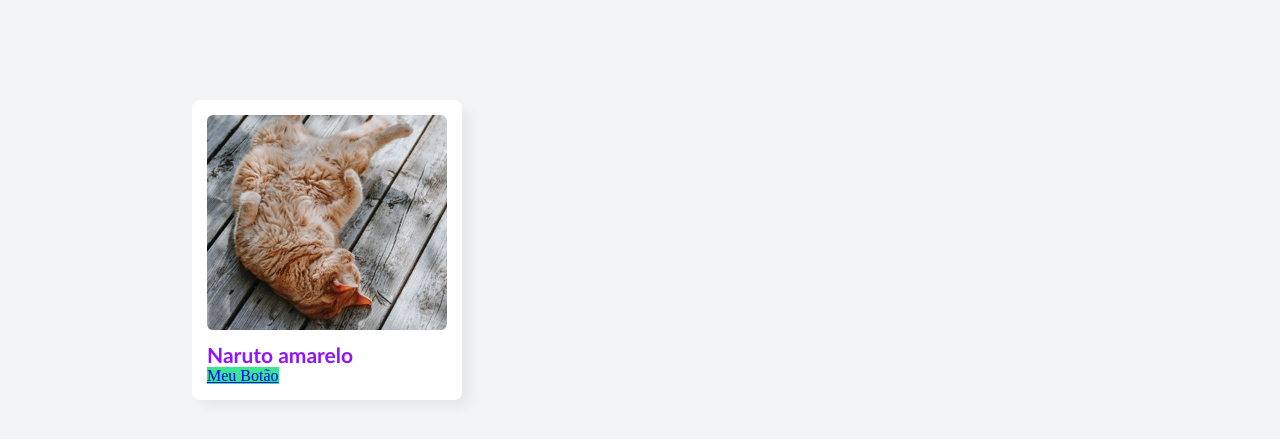
Repository: alessandradiamantino/Curso-Front-End-Design
Page: 1 - Introdução ao HTML e CSS/2 - Exercício CSS/01/codesignerspro-arquivos-exercicio-css-02/codesignerspro-arquivos-exercicio-css-02/index.html
An editor plug-in stored every save of this project. The page is shown before and after a run of saves, followed by the edit.
The browser window is 1280 px wide. The pictures show the whole page.

Above is the page before, as saved 2021-07-28 11:58:04.

After the next 3 saves:
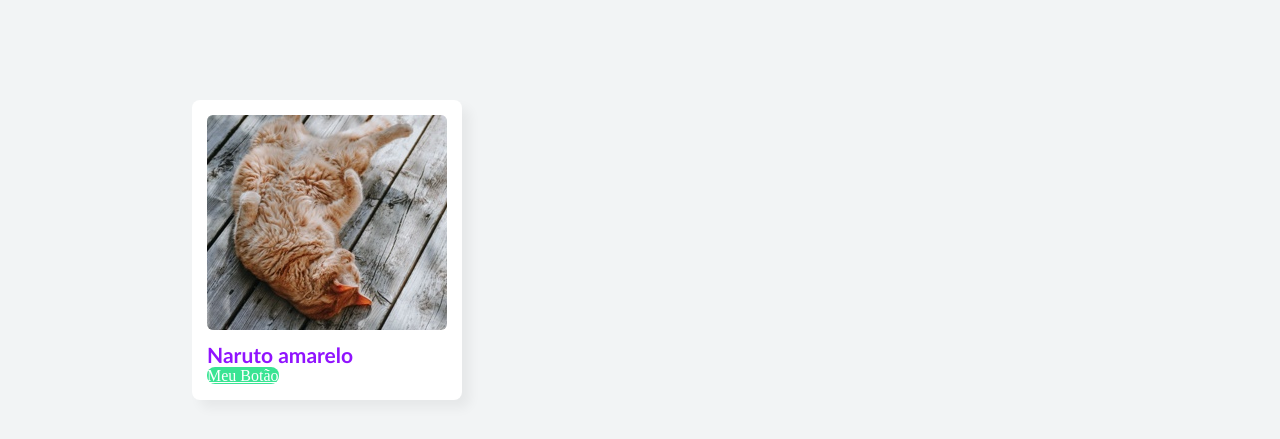
The 3 saves are shown as one change because they came seconds apart.
The last was saved 10 s later.
--- a/1 - Introdução ao HTML e CSS/2 - Exercício CSS/01/codesignerspro-arquivos-exercicio-css-02/codesignerspro-arquivos-exercicio-css-02/css/style.css
+++ b/1 - Introdução ao HTML e CSS/2 - Exercício CSS/01/codesignerspro-arquivos-exercicio-css-02/codesignerspro-arquivos-exercicio-css-02/css/style.css
@@ -56,5 +56,6 @@ main {
   width: 100%;
   height: 40px;
   background-color: #39e493;
-  color: width
+  color: #fff;
+  border-radius: 8px;
 }
